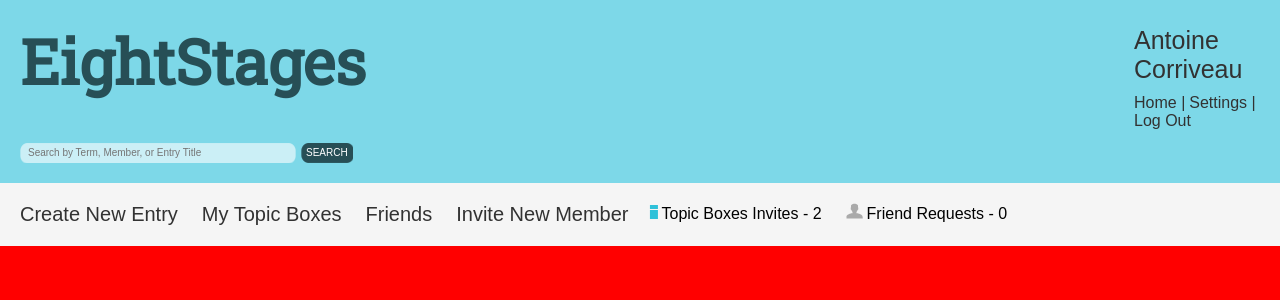
Repository: bhattaraib58/eighstages-lf-design
Page: Assignment 3/Eight Stages Website Mockup Done/index.html
The author's editor kept a copy of each file at every save. The page is drawn from the files as they stood at one save, then again after the next save.
The browser window is 1280 px wide. The pictures show the whole page.
Some web fonts or font styles are not loaded; a fallback is used.

Above is the page before, as saved 2019-06-09 23:02:51.

### Assignment 3/Eight Stages Website Mockup Done/index.html
<!DOCTYPE html>
<html lang="en">

<head>
    <meta charset="UTF-8">
    <meta name="viewport" content="width=device-width, initial-scale=1.0">
    <meta http-equiv="X-UA-Compatible" content="ie=edge">
    <link href="https://fonts.googleapis.com/css?family=Roboto+Slab:300,400&display=swap" rel="stylesheet">
    <link href="https://fonts.googleapis.com/css?family=Istok+Web&display=swap" rel="stylesheet">
    <link rel="stylesheet" href="css/reset.css">
    <link rel="stylesheet" href="css/style.css">
    <title>EightStages</title>
</head>

<body>
    <div class="header">
        <div class="top-header clearfix">
            <div class="logo-search">
                <div class="logo">
                    <h1><a href="#">EightStages</a></h1>
                </div>
                <form action="#">
                    <div class="input">
                        <input type="text" name="search-box" placeholder="Search by Term, Member, or Entry Title">
                    </div>
                    <div class="button">
                        <button type="submit">SEARCH</button>
                    </div>
                </form>
            </div>
            <div class="profile-info">
                <div class="title"><a href="#">Antoine Corriveau</a></div>
                <ul class="horizontal-line">
                    <li><a href="#">Home |</a></li>
                    <li><a href="#">Settings |</a></li>
                    <li><a href="#">Log Out</a></li>
                </ul>
            </div>
        </div>
        <div class="bottom-header clearfix">
            <ul class="menu-items">
                <li><a href="#">Create New Entry</a></li>
                <li><a href="#">My Topic Boxes</a></li>
                <li><a href="#">Friends</a></li>
                <li><a href="#">Invite New Member</a></li>
            </ul>
            <div class="user-info">
                <div class="topic-invites">
                    <img src="images/topic-invites.png" alt="Topic Invites Icon">
                    <span>Topic Boxes Invites - </span>
                    <span>2</span>
                </div>
                <div class="friend-requests">
                    <img src="images/user.png" alt="User Icon">
                    <span>Friend Requests - </span>
                    <span>0</span>
                </div>
            </div>
        </div>
    </div>
</body>

</html>

### Assignment 3/Eight Stages Website Mockup Done/css/reset.css
*
{
    margin: 0px;
    padding: 0px;
    box-sizing: border-box;
}

### Assignment 3/Eight Stages Website Mockup Done/css/style.css
body {
    background-color: red;
}

.header {
    background-color: green;
}

.top-header {
    background-color: #7dd8e8;
    padding: 20px;
}

.logo-search {
    width: 60%;
    float: left;
}

.clearfix::after {
    content: "";
    clear: both;
    display: table;
}

.logo {
    margin-right: 22px;
    font-family: 'Roboto Slab', serif;
    float: left;
}

.logo a {
    color: #274f56;
    text-decoration: none;
    font-size: 62px;
}

form {
    float: left;
    margin-top: 40px;
    margin-right: 178px;
}

form input {
    margin-right: 5px;
    width: 276px;
    height: 20px;
    background-color: transparent;
    border: 0px;
    padding: 8px;
    font-size: 10px;
    color: #5c5c5c;
    font-family: "Istok Web ", sans-serif;
    outline: none;
    display: inline-block;
}

form .input {
    background: url(../images/input.png) no-repeat;
    float: left;
}

form button {
    display: inline-block;
    outline: none;
    color: #ffffff;
    font-family: "Istok Web ", sans-serif;
    background-color: transparent;
    border: 0px;
    padding: 5px;
    font-size: 10px;
    text-align: center;
    display: inline-block;
}

form .button {
    background: url(../images/button.png) no-repeat;
    float: left;
}

.profile-info {
    width: 40%;
    float: right;
    margin-top: 6px;
    padding-left: 370px;
}

.title {
    font-size: 25px;
    font-family: "Muli", sans-serif;
    margin-bottom: 10px;
}

.profile-info a {
    color: #323232;
    text-decoration: none;
}

ul.horizontal-line li {
    display: inline;
    font-family: "Istok Web ", sans-serif;
    font-size: 16px;
}

.bottom-header {
    background-color: #f5f5f5;
    padding: 20px;
}
.menu-items
{
    float: left;
}
.menu-items li {
    display: inline-block;
    font-family: "Istok Web ", sans-serif;
    font-size: 20px;
    margin-right: 20px;
}
.menu-items a {
    color: #323232;
    text-decoration: none;
}
.user-info
{
    float: left;
}
.user-info div
{
    display: inline-block;
    margin-right: 20px;
}

.user-info span
{
    font-family: "Istok Web ", sans-serif;
    font-size: 16px;
}

After the next save:
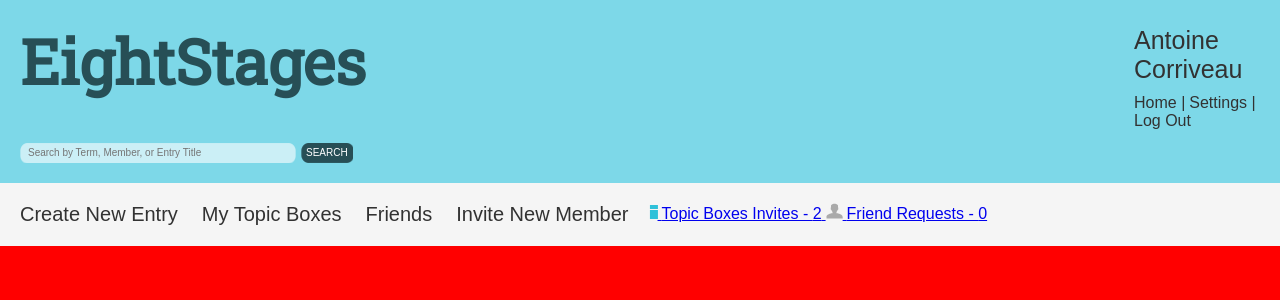
Saved 61 s later.
--- a/Assignment 3/Eight Stages Website Mockup Done/index.html
+++ b/Assignment 3/Eight Stages Website Mockup Done/index.html
@@ -45,16 +45,16 @@
                 <li><a href="#">Invite New Member</a></li>
             </ul>
             <div class="user-info">
-                <div class="topic-invites">
+                <a href="#" class="topic-invites">
                     <img src="images/topic-invites.png" alt="Topic Invites Icon">
                     <span>Topic Boxes Invites - </span>
                     <span>2</span>
-                </div>
-                <div class="friend-requests">
+                </a>
+                <a href="#" class="friend-requests">
                     <img src="images/user.png" alt="User Icon">
                     <span>Friend Requests - </span>
                     <span>0</span>
-                </div>
+                </a>
             </div>
         </div>
     </div>
